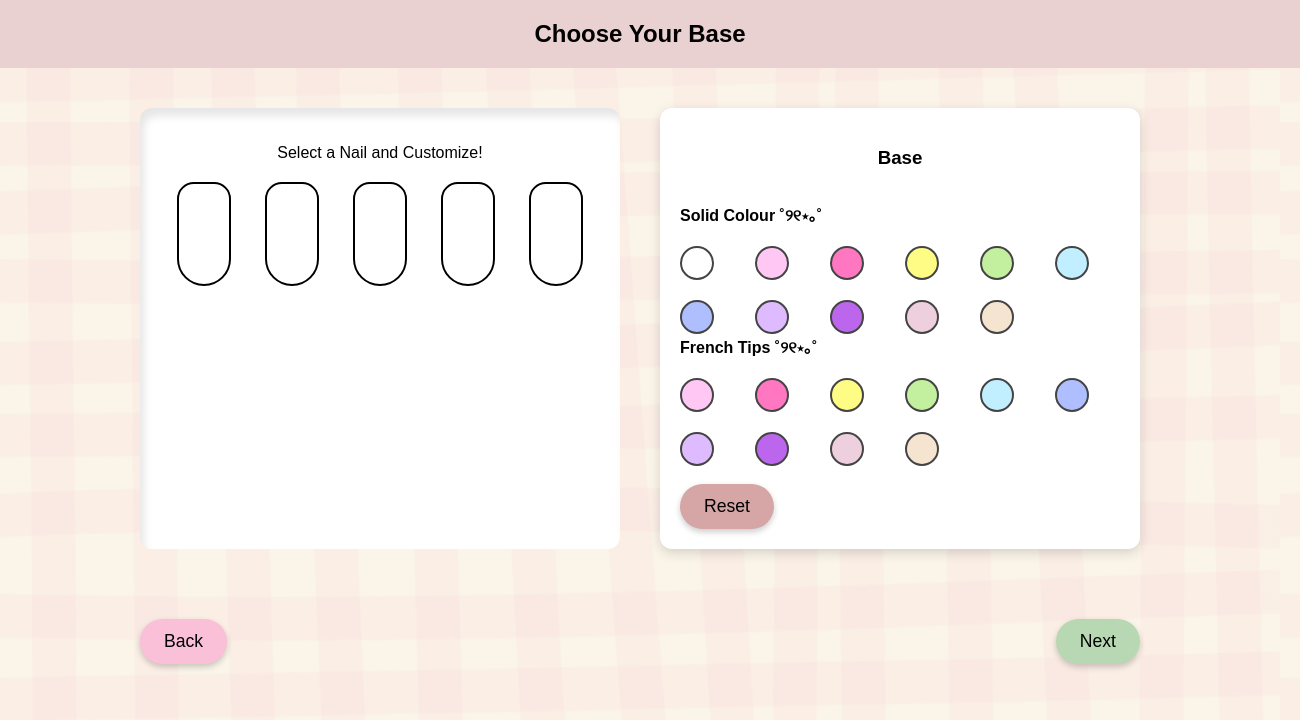
Repository: amolwalia/Fluidity-Lab
Page: base-paint.html
An editor plug-in stored every save of this project. The page is shown before and after the next save, followed by the edit.
The browser window is 1280 px wide. The page is 1300 px wide, so the pictures cover 1300 px, including what lies to the right of the window. The pictures show the whole page.

Above is the page before, as saved 2025-05-11 19:04:28.

After the next save:
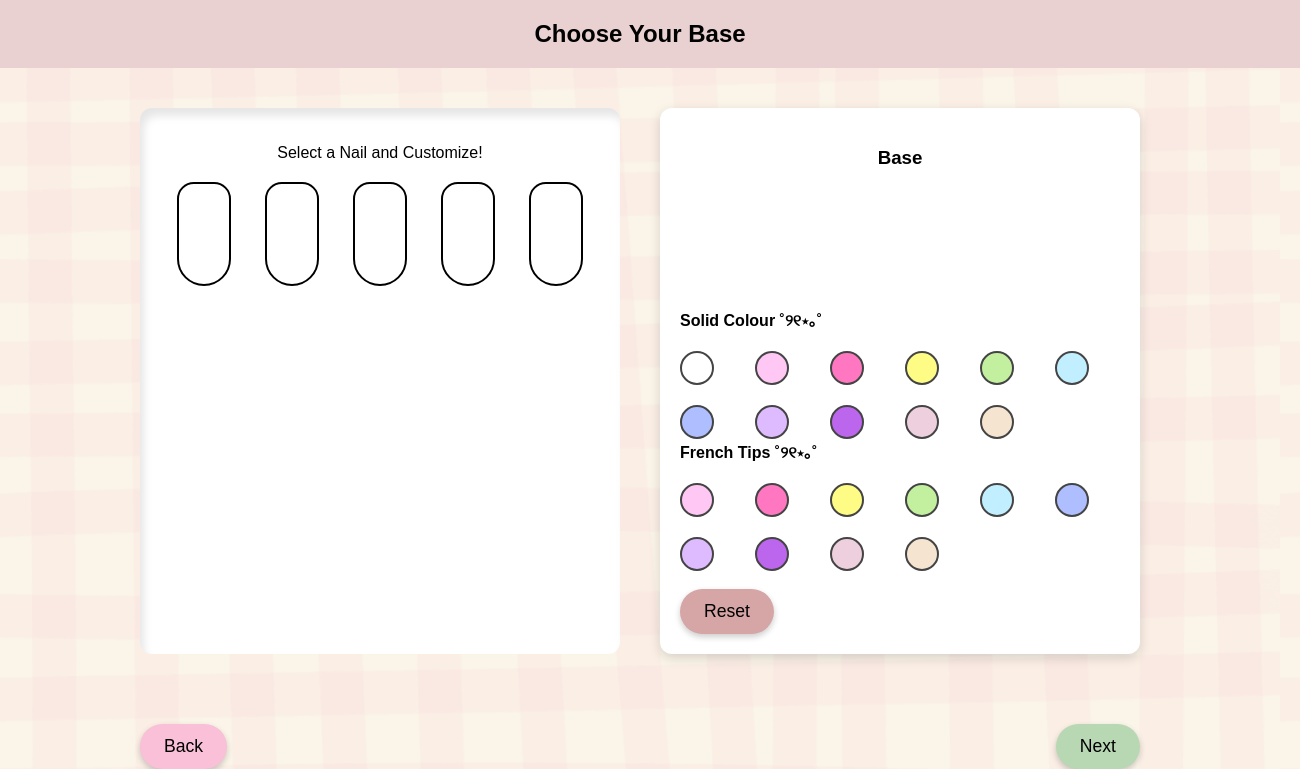
Saved 13 s later.
--- a/styles/basepaints.css
+++ b/styles/basepaints.css
@@ -57,7 +57,7 @@ header {
 
 h3 {
   text-align: center;
-  padding-bottom: 15px;
+  padding-bottom: 120px;
 }
 .french-tip-overlay {
   position: absolute;
